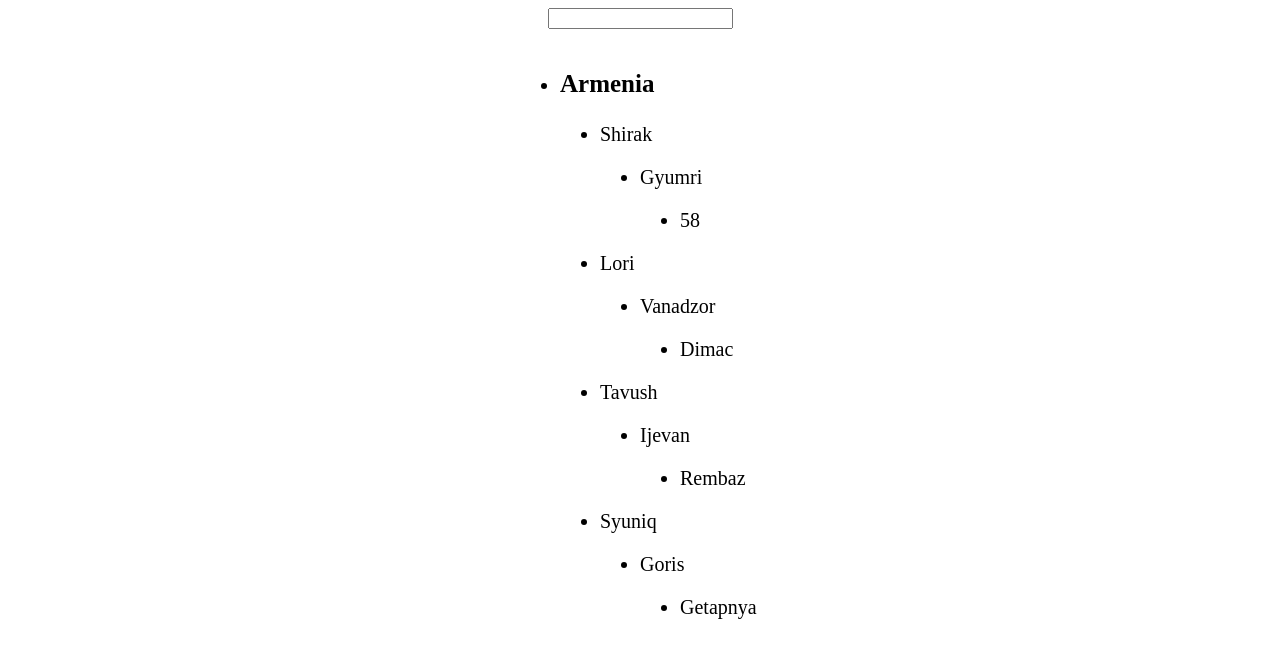
Repository: Seryozha02/DOM
Page: index.html
These files come from the project's save history. The page is drawn as it stood at one moment and after a run of saves; the edit follows.
The browser window is 1280 px wide. The pictures show the whole page.

Above is the page before, as saved 2022-09-19 18:07:00.

### index.html
<!DOCTYPE html>
<html lang="en">
<head>
    <meta charset="UTF-8">
    <meta http-equiv="X-UA-Compatible" content="IE=edge">
    <meta name="viewport" content="width=device-width, initial-scale=1.0">
    <title>Document</title>
</head>
<body>
    <style>
        #li0 > p{
            font-size: 25px;
            font-weight: bold;
        }
        #root {
            display: flex;
            justify-content: center;
            flex-direction: column;
            align-items: center;
        }
        ul {
            list-style-type: disc;
            width: 200px;
        }
        ul li {
            margin: 15px 0;
            font-size: 20px;
            cursor: pointer;

        }
        .myClass{
            display: none;
        }
    </style>
    <div id="root">
        <form>
            <input type="text" onchange="find(value)">
        </form>
    </div>

    <script src="./script.js"></script>
</body>
</html>

### script.js
let arr = [{
  id: 0,
  name: 'Armenia',
  parentId: null
}, {
  id: 1,
  name: 'Shirak',
  parentId: 0
}, {
  id: 2,
  name: 'Lori',
  parentId: 0
}, {
  id: 3,
  name: 'Tavush',
  parentId: 0
}, {
  id: 4,
  name: 'Syuniq',
  parentId: 0
}, {
  id: 5,
  name: 'Gyumri',
  parentId: 1
}, {
  id: 6,
  name: 'Vanadzor',
  parentId: 2
}, {
  id: 7,
  name: 'Ijevan',
  parentId: 3
}, {
  id: 8,
  name: 'Goris',
  parentId: 4
}, {
  id: 9,
  name: '58',
  parentId: 5
}, {
  id: 10,
  name: 'Dimac',
  parentId: 6
}, {
  id: 11,
  name: 'Rembaz',
  parentId: 7
}, {
  id: 12,
  name: 'Getapnya',
  parentId: 8
}]


const func = (elems, id = null) => {
return  elems.filter(elem => elem.parentId === id)
.map(elem => ({...elem, children : func(elems,elem.id)}))
}
let arr2 = func(arr)

let root = document.getElementById("root")

function makeTable(array){
root.innerHTML += `
  <ul id = "genUl">
    <li id = "li${array[0].id}"'><p id = 'p${array[0].id}'>${array[0].name}</p></li>
  </ul>
`
makeUl(array[0].children)

}

function makeUl(arr){
if(arr.length == 0){
  return
}else{
  for(let i = 0; i < 1; i++){
    arr.forEach(obj => {
      document.getElementById(`li${obj.parentId}`).innerHTML += `
      <ul>
        <li id = "li${obj.id}"><p id = 'p${obj.id}'>${obj.name}</p></li>
      </ul>
      `
      makeUl(obj.children)
    })
  }
}
}
makeTable(arr2)

let list = document.querySelectorAll("p")
function find(value){
list.forEach(p => {
 p.style.display = "block"
})
list.forEach(p => {
  let text = p.innerText.toLowerCase()
  if(value.length !== 0){
    if(text.slice(0, value.length) !== value.toLowerCase()){
      p.style.display = 'none'
    }
  }
})
}

list.forEach(p => {
p.addEventListener('click', function opClose(ev){
  for(let i = 1; i < p.parentElement.children.length; i++)
    p.parentElement.children[i].classList.toggle('myClass')
})
})

After the next 4 saves:
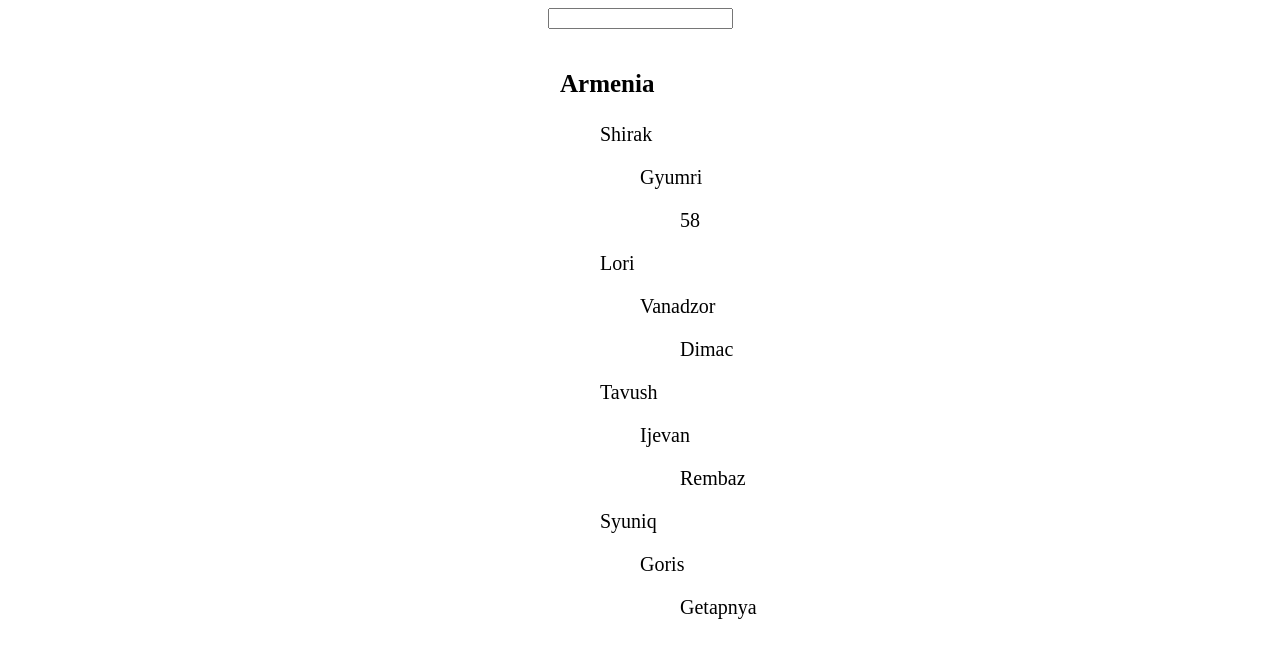
The 4 saves are shown as one change because they came seconds apart.
The last was saved 63 s later.
--- a/index.html
+++ b/index.html
@@ -19,7 +19,7 @@
             align-items: center;
         }
         ul {
-            list-style-type: disc;
+            list-style: none;
             width: 200px;
         }
         ul li {
